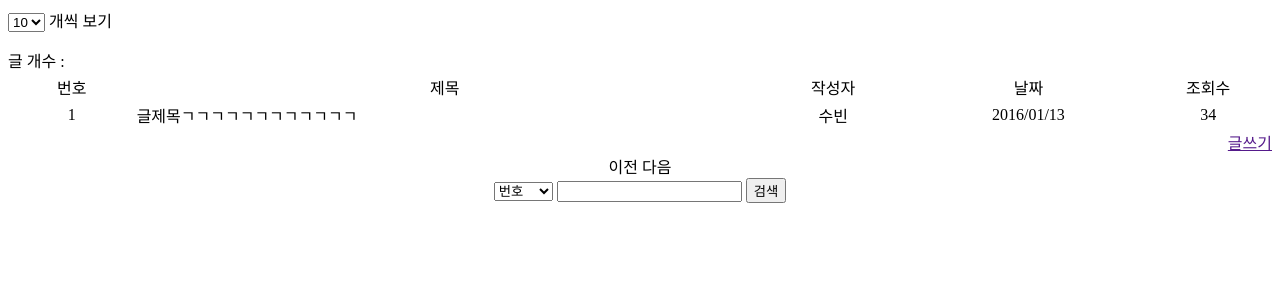
Repository: ekgus419/hckj
Page: http://localhost/Railro/WEB-INF/views/railro/railroList.jsp
These files come from the project's save history. The page is drawn as it stood at one moment and after the next save; the edit follows.
The browser window is 1280 px wide. The pictures show the whole page.
The page is served by Tomcat 9. Nobody is signed in. Other server files are loaded and not shown. The template is opened directly, without the code that normally fills it, so the values that code supplies are empty.

Above is the page before, as saved 2016-08-18 14:30:24.

### Railro/src/main/webapp/WEB-INF/views/railro/railroList.jsp
<%@ page language="java" pageEncoding="UTF-8" trimDirectiveWhitespaces="true"%>

<div class="content">
	<div class="setting">
		<div class="limit-setting">
			<form action="" method="get">
				<select name="limit" onchange="limit_submit()">
					<option value="5">5</option>
					<option value="10" selected="selected">10</option>
					<option value="15">15</option>
					<option value="20">20</option>
				</select>
				개씩 보기
			</form>
		</div>
		<span>글 개수 :</span>
	</div>
	<table class="list" width="100%">
		<tr class="list-col" align="center" valign="middle">
			<td width="8%">
				<div align="center">번호</div>
			</td>
			<td width="40%">
				<div align="center">제목</div>
			</td>
			<td width="10%">
				<div align="center">작성자</div>
			</td>
			<td width="15%">
				<div align="center">날짜</div>
			</td>
			<td width="8%">
				<div align="center">조회수</div>
			</td>
		</tr>
		<tr class="list_contents" align="center" valign="middle"
			onmouseover="this.style.backgroundColor='#E8E8E8'"
			onmouseout="this.style.backgroundColor=''">
			<td>
				<div align="center">1</div>
			</td>
			<td>
				<div align="left">글제목ㄱㄱㄱㄱㄱㄱㄱㄱㄱㄱㄱㄱ</div>
			</td>
			<td>
				<div align="center">수빈</div>
			</td>
			<td>
				<div align="center">2016/01/13</div>
			</td>
			<td>
				<div align="center">34</div>
			</td>
		</tr>
	</table>
	<div class="register-btn" align="right">
		<a href="">글쓰기</a>
	</div>
	<div class="paging" align="center">
	이전&nbsp;다음
	</div>
	<div class="search" align="center">
		<form action="" method="get">
			<select name="keyField">
				<option value="BOARD_NUM">번호</option>
				<option value="BOARD_ID">작성자</option>
				<option value="BOARD_SUBJECT">제목</option>
			</select>
			<input type="text" name="keyWord"/>
			<input class="submit" type="submit" value="검색"/>
		</form>
	</div>
</div>

After the next save:
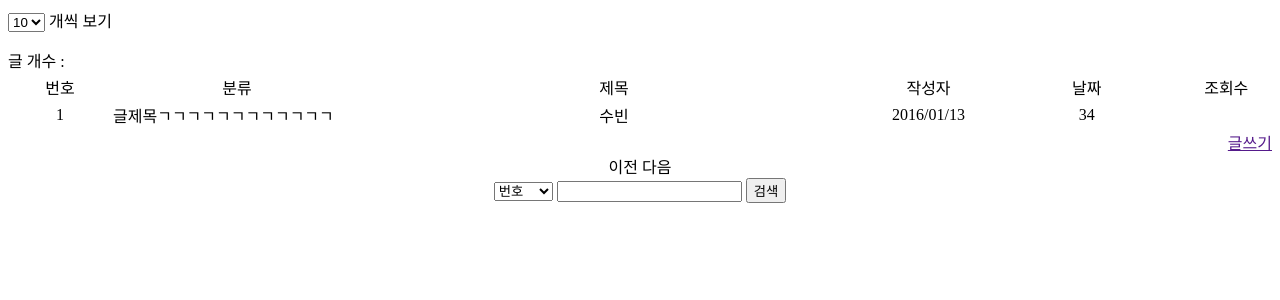
Saved 5 min 48 s later.
--- a/Railro/src/main/webapp/WEB-INF/views/railro/railroList.jsp
+++ b/Railro/src/main/webapp/WEB-INF/views/railro/railroList.jsp
@@ -19,6 +19,9 @@
 		<tr class="list-col" align="center" valign="middle">
 			<td width="8%">
 				<div align="center">번호</div>
+			</td>
+			<td width="20%">
+				<div align="center">분류</div>
 			</td>
 			<td width="40%">
 				<div align="center">제목</div>
